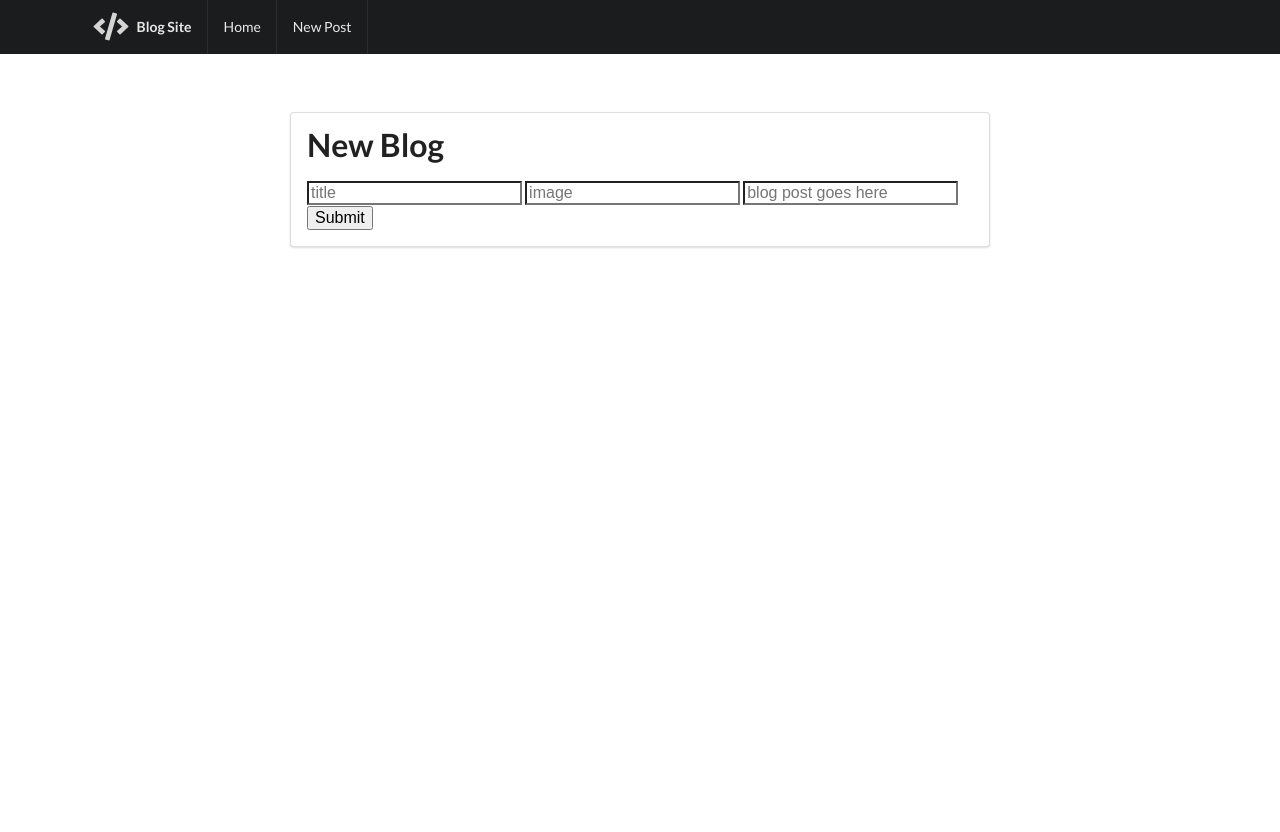
Repository: bosicheng/yelpcamp-project
Page: http://localhost/blogs/new
The author's editor kept a record of every edit. The page is drawn from the files as they stood at one moment, then again after the next edit.
The browser window is 1280 px wide. The pictures show the whole page.
The page is served by the project's Node server (RESTful Routing/RESTfulBlogApp/app.js).

Above is the page before.

After the next edit:
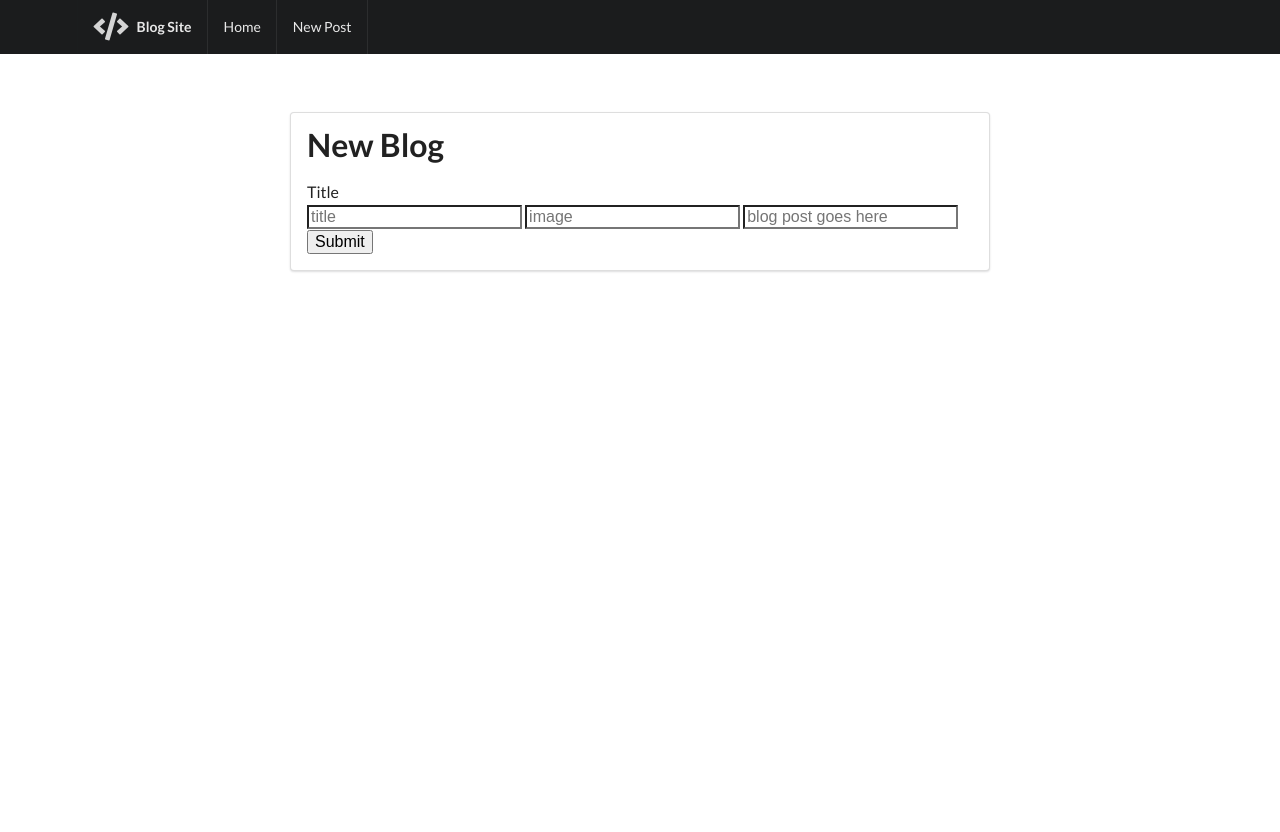
The edit:
--- a/RESTful Routing/RESTfulBlogApp/views/new.ejs
+++ b/RESTful Routing/RESTfulBlogApp/views/new.ejs
@@ -5,6 +5,10 @@
     </div>
     <form action='/blogs' method='POST'>
         <!--这里是直接添加req.body.body下属性而不是先改req.body下属性再加-->
+        <div class='field'>
+            <label>Title</label>
+
+        </div>
         <input type='text' name='blog[title]' placeholder='title'>
         <input type='text' name='blog[image]' placeholder='image'>
         <input type='text' name='blog[body]' placeholder='blog post goes here'>
